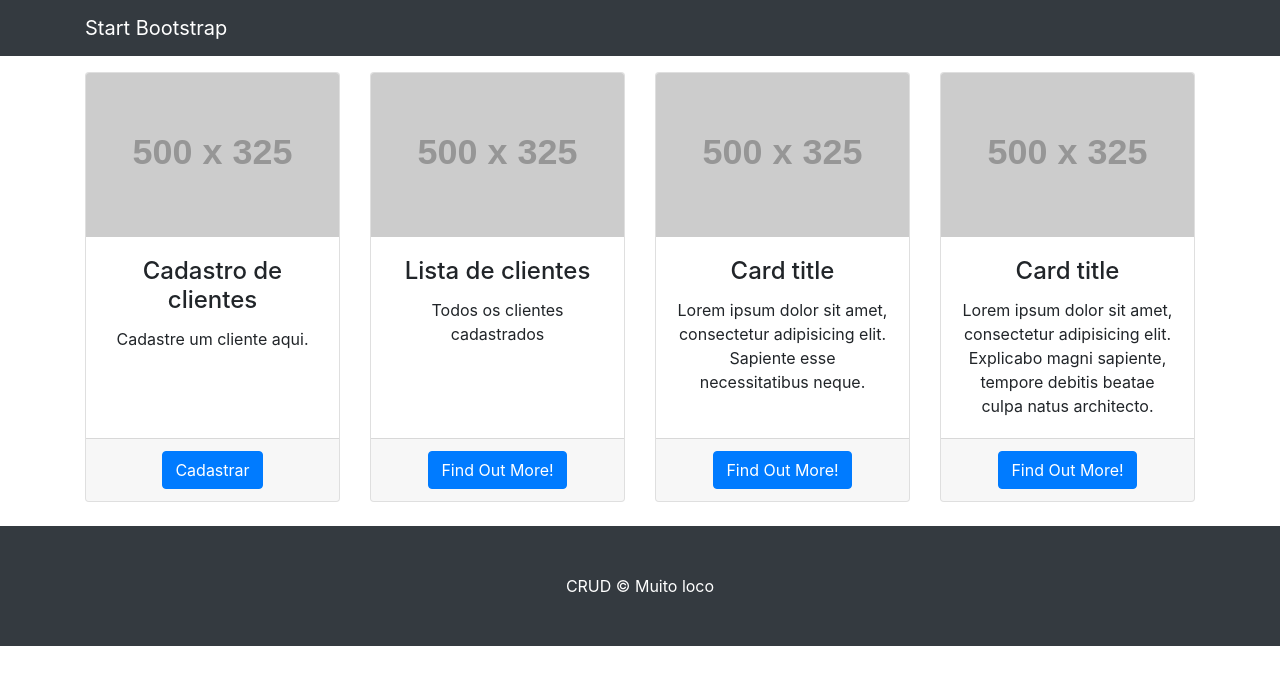
Repository: LucasMontalvao/PHPDACS2020
Page: projeto/site/index.html
The author's editor kept a record of every edit. The page is drawn from the files as they stood at one moment, then again after the next edit.
The browser window is 1280 px wide. The pictures show the whole page.

Above is the page before.

After the next edit:
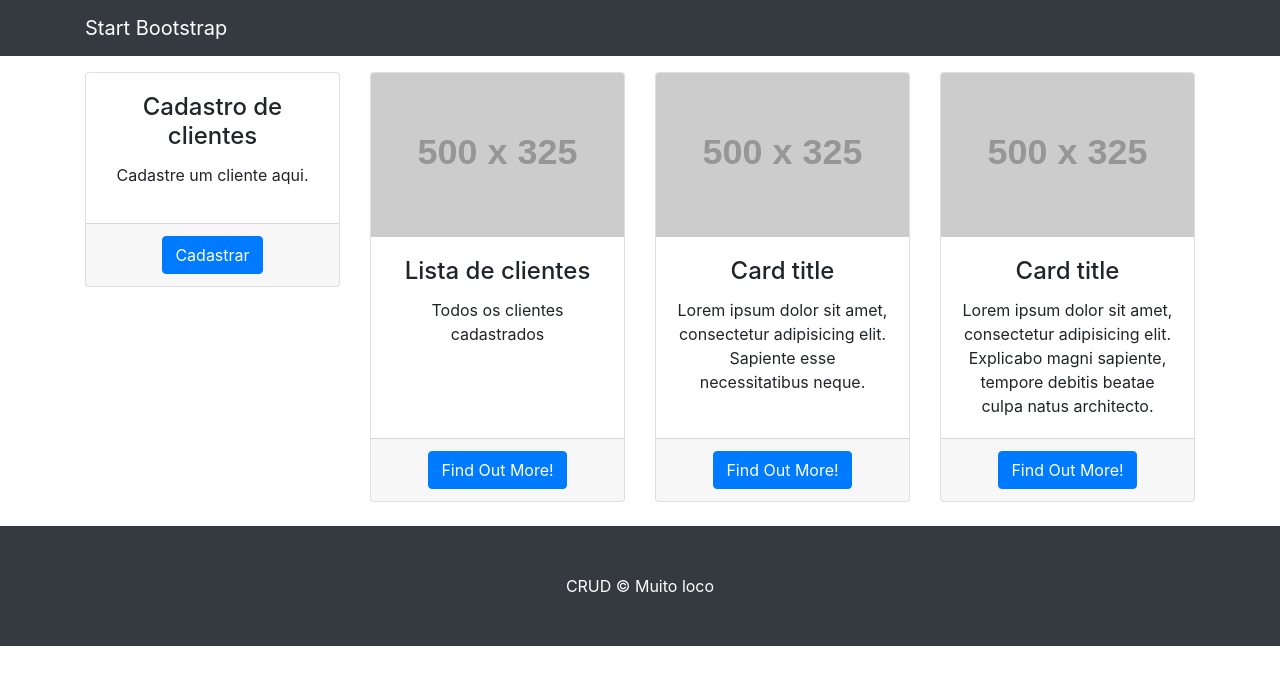
The edit:
--- a/projeto/site/index.html
+++ b/projeto/site/index.html
@@ -55,8 +55,8 @@
     <div class="row text-center">
 
       <div class="col-lg-3 col-md-6 mb-4">
-        <div class="card h-100">
-          <img class="card-img-top" src="http://placehold.it/500x325" alt="">
+        <div class="card h-50">
+          <!--<img class="card-img-top" src="http://placehold.it/500x325" alt="">-->
           <div class="card-body">
             <h4 class="card-title">Cadastro de clientes</h4>
             <p class="card-text">Cadastre um cliente aqui.</p>
